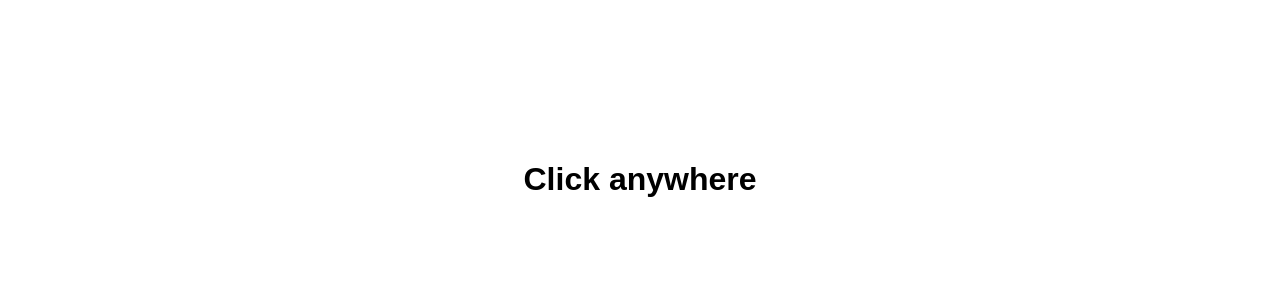
Repository: alexmaddux99/Lab3
Page: mouse-events.html
The author's editor kept a copy of each file at every save. The page is drawn from the files as they stood at one save, then again after the next save.
The browser window is 1280 px wide. The pictures show the whole page.

Above is the page before, as saved 2022-03-06 16:54:49.

### mouse-events.html
<!DOCTYPE html>
<html lang="en">

<head>
    <meta charset="UTF-8">
    <meta http-equiv="X-UA-Compatible" content="IE=edge">
    <meta name="viewport" content="width=device-width, initial-scale=1.0">
    <title>Mouse Events</title>
    <style>
        body {
            margin:0;
            height:100vh;
        }

        .star {
            height: 1px;
            width: 1px;
            transition: transform 1s;
        }

        p {
            margin-top: 10rem;
            text-align: center;
            font: bold 2rem sans-serif;
        }


    </style>
</head>

<body>

    <div id="dot" class="star">

    </div>
    <p>Click anywhere</p>

    <script>
        var dot = document.getElementById('dot');
        document.body.addEventListener('click', (e) => {
            console.log("Client: " , e.clientX , e.clientY)
            console.log("Page: " , e.pageX , e.pageY)
            console.log("Screen: " , e.screenX , e.screenY)
            console.log("Event Object: ", e);
            dot.style.transform = `translateY(${e.clientY - 25}px)`;
            dot.style.transform += `translateX(${e.clientX - 25}px)`;
            dot.style.opacity = 1;
        }, false);
    </script>
</body>

</html>

After the next save:
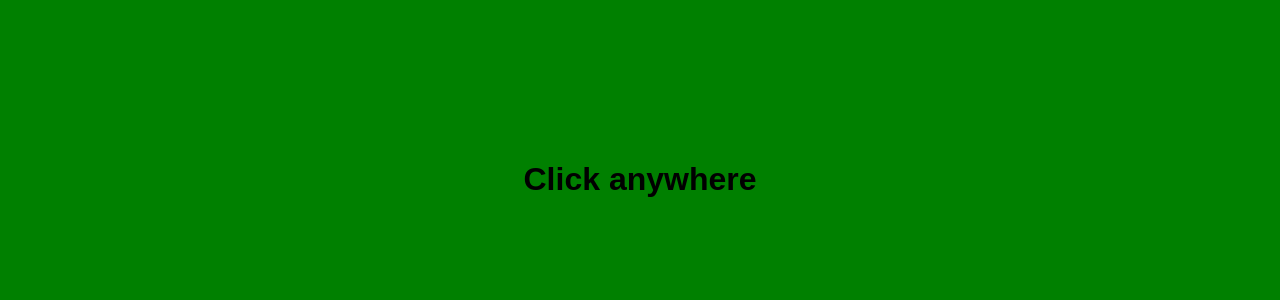
Saved 2 min 21 s later.
--- a/mouse-events.html
+++ b/mouse-events.html
@@ -8,11 +8,12 @@
     <title>Mouse Events</title>
     <style>
         body {
+            background-color: green;
             margin:0;
             height:100vh;
         }
 
-        .star {
+        .ball {
             height: 1px;
             width: 1px;
             transition: transform 1s;
@@ -30,7 +31,7 @@
 
 <body>
 
-    <div id="dot" class="star">
+    <div id="dot" class="ball">
 
     </div>
     <p>Click anywhere</p>
